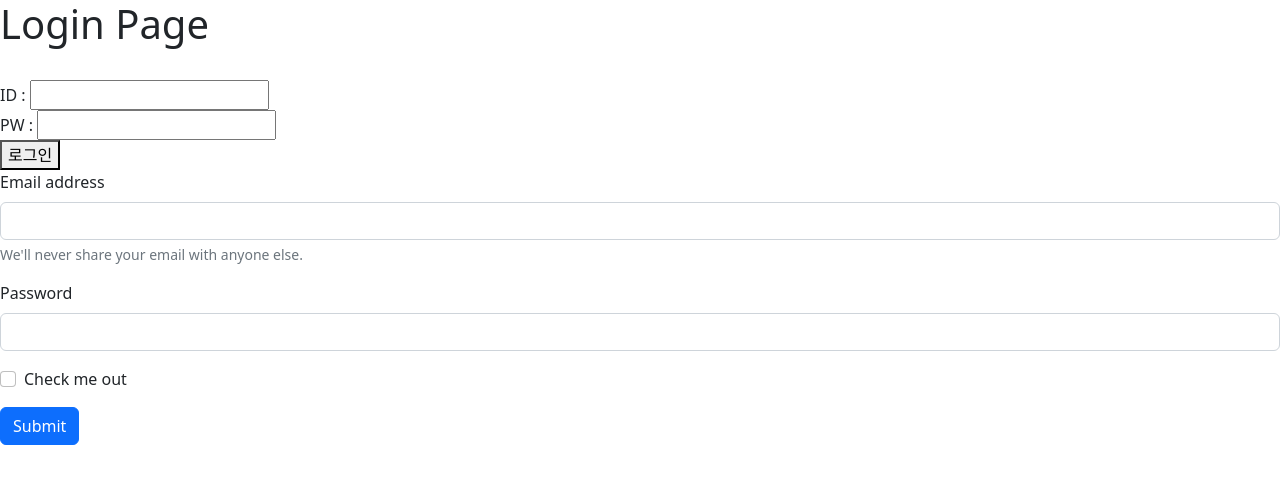
Repository: novemberjj/jsp
Page: http://localhost/jsp_project4/member/login.jsp
An editor plug-in stored every save of this project. The page is shown before and after the next save, followed by the edit.
The browser window is 1280 px wide. The pictures show the whole page.
The page is served by Tomcat 9. Other server files are loaded and not shown.

Above is the page before, as saved 2023-05-31 01:11:02.

### jsp_project4/jsp_project4/src/main/webapp/member/login.jsp
<%@ page language="java" contentType="text/html; charset=UTF-8"
    pageEncoding="UTF-8"%>
<!DOCTYPE html>
<html>
<head>
<meta charset="UTF-8">
<title>Login Page</title>
<link href="https://cdn.jsdelivr.net/npm/bootstrap@5.2.3/dist/css/bootstrap.min.css" rel="stylesheet" integrity="sha384-rbsA2VBKQhggwzxH7pPCaAqO46MgnOM80zW1RWuH61DGLwZJEdK2Kadq2F9CUG65" crossorigin="anonymous">
</head>
<body>
<script src="https://cdn.jsdelivr.net/npm/bootstrap@5.2.3/dist/js/bootstrap.bundle.min.js" integrity="sha384-kenU1KFdBIe4zVF0s0G1M5b4hcpxyD9F7jL+jjXkk+Q2h455rYXK/7HAuoJl+0I4" crossorigin="anonymous"></script>
<h1>Login Page</h1>
<br>
<form action="/mem/login_auth" method="post">
ID : <input type="text" name="id"> <br>
PW : <input type="text" name="password"> <br>
<button type="submit">로그인</button>
</form>

<form>
  <div class="mb-3">
    <label for="exampleInputEmail1" class="form-label">Email address</label>
    <input type="email" class="form-control" id="exampleInputEmail1" aria-describedby="emailHelp">
    <div id="emailHelp" class="form-text">We'll never share your email with anyone else.</div>
  </div>
  <div class="mb-3">
    <label for="exampleInputPassword1" class="form-label">Password</label>
    <input type="password" class="form-control" id="exampleInputPassword1">
  </div>
  <div class="mb-3 form-check">
    <input type="checkbox" class="form-check-input" id="exampleCheck1">
    <label class="form-check-label" for="exampleCheck1">Check me out</label>
  </div>
  <button type="submit" class="btn btn-primary">Submit</button>
</form>

</body>
</html>

After the next save:
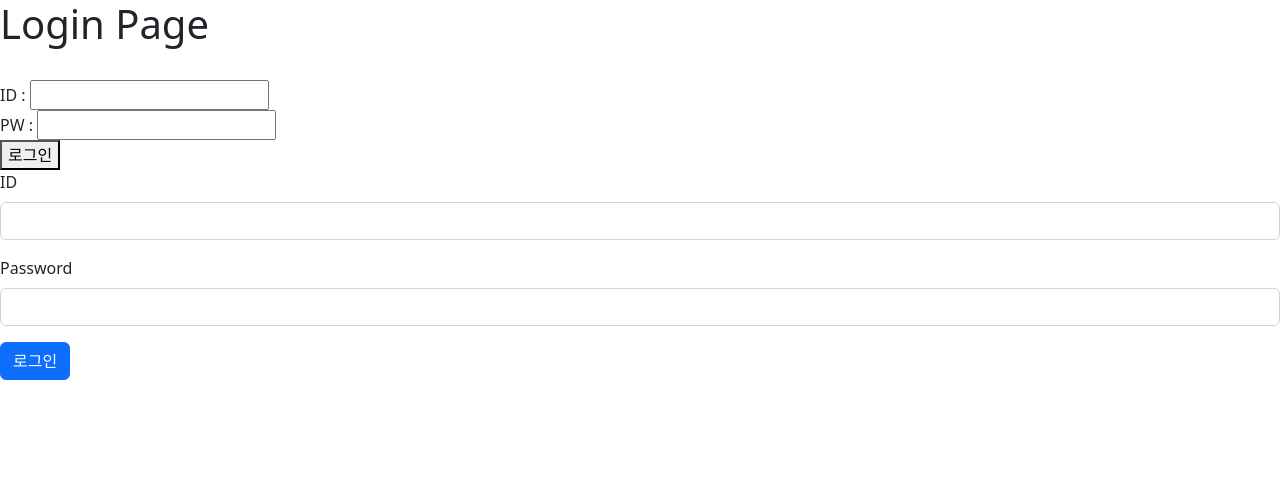
Saved 40 s later.
--- a/jsp_project4/jsp_project4/src/main/webapp/member/login.jsp
+++ b/jsp_project4/jsp_project4/src/main/webapp/member/login.jsp
@@ -19,19 +19,14 @@
 
 <form>
   <div class="mb-3">
-    <label for="exampleInputEmail1" class="form-label">Email address</label>
-    <input type="email" class="form-control" id="exampleInputEmail1" aria-describedby="emailHelp">
-    <div id="emailHelp" class="form-text">We'll never share your email with anyone else.</div>
+    <label for="exampleInputEmail1" class="form-label">ID</label>
+    <input type="text" class="form-control" id="exampleInputEmail1" aria-describedby="emailHelp" name="id">
   </div>
   <div class="mb-3">
     <label for="exampleInputPassword1" class="form-label">Password</label>
-    <input type="password" class="form-control" id="exampleInputPassword1">
+    <input type="password" class="form-control" id="exampleInputPassword1" name="password">
   </div>
-  <div class="mb-3 form-check">
-    <input type="checkbox" class="form-check-input" id="exampleCheck1">
-    <label class="form-check-label" for="exampleCheck1">Check me out</label>
-  </div>
-  <button type="submit" class="btn btn-primary">Submit</button>
+  <button type="submit" class="btn btn-primary">로그인</button>
 </form>
 
 </body>
